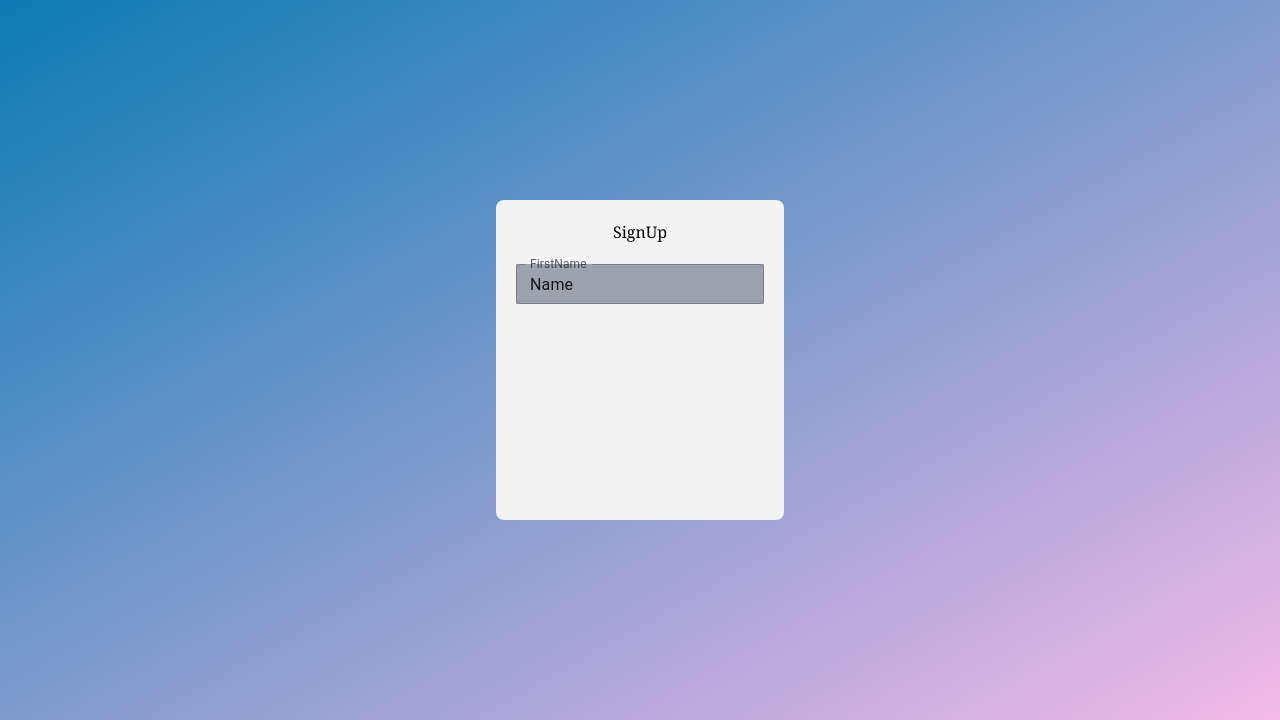
Repository: dhanapal2205/sazsfinance
Page: /SignUp
An editor plug-in stored every save of this project. The page is shown before and after the next save, followed by the edit.
The browser window is 1280 px wide. The pictures show the whole page.
The project was rebuilt for these pictures with package versions that can differ from the ones it lists, and the page was loaded fresh each time. The framework's server and built-in components were replaced by stand-ins that run in the browser. Also part of the build but not shown: next.config.js.

Above is the page before, as saved 2023-04-07 11:55:12.

### pages/SignUp.js
import { TextField } from '@mui/material'
import React from 'react'

const SignUp = () => {
  return (
    <div className=' bg-gradient-to-tl from-[#F2BAE8]  to-[#0C7BB3]  h-screen flex'>

     <div className=' w-72 h-80 bg-zinc-100  rounded-lg m-auto justify-center'>
      <div className='place-items-center flex flex-col space-y-5 mt-5 ' >
        <p className='font-sans md:font-serif ' > SignUp</p>
<TextField className='bg-gray-400 hover:bg-white place-content-center ' label="FirstName"
          id="outlined-size-small"
          defaultValue="Name"
          margin="dense"
          color="info"
          size="small"  />


      </div>

     </div>

      </div>



  )
}

export default SignUp

Loaded but not shown: pages/_app.js (common file); pages/_document.js (common file); styles/globals.css (common file); tailwind.config.js (common file)

After the next save:
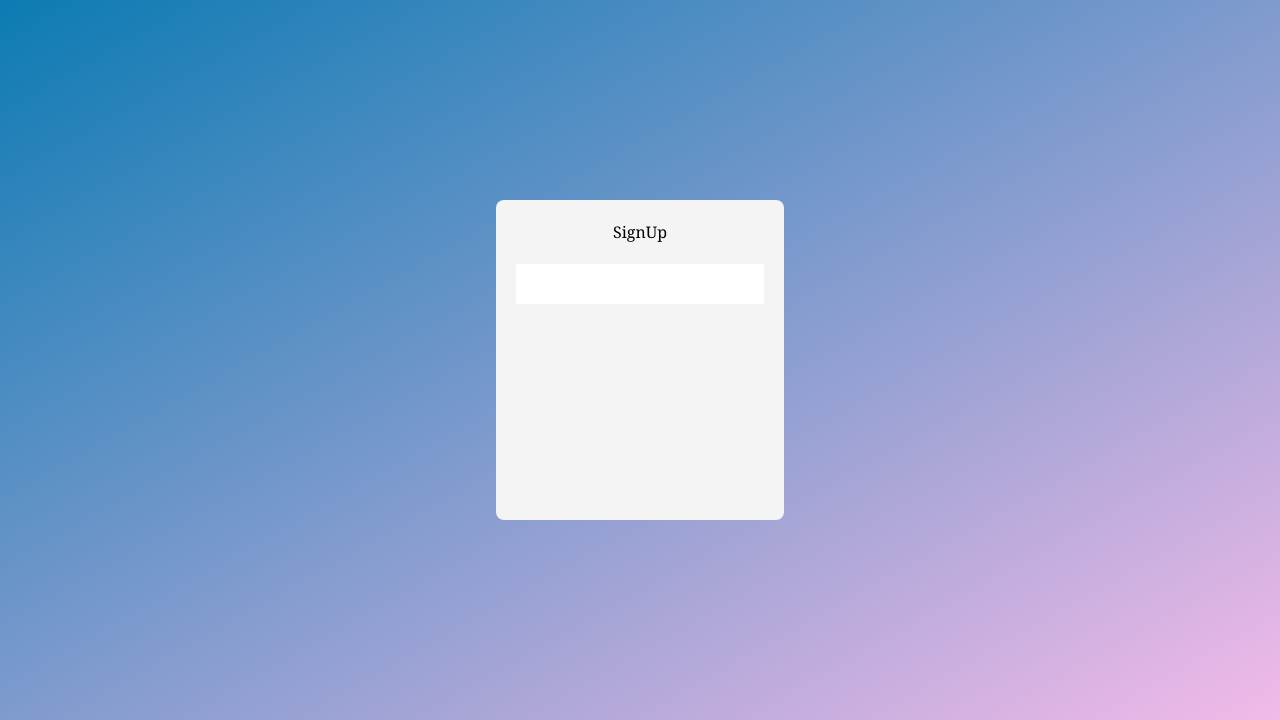
Saved 2 min 34 s later.
--- a/pages/SignUp.js
+++ b/pages/SignUp.js
@@ -8,7 +8,7 @@
      <div className=' w-72 h-80 bg-zinc-100  rounded-lg m-auto justify-center'>
       <div className='place-items-center flex flex-col space-y-5 mt-5 ' >
         <p className='font-sans md:font-serif ' > SignUp</p>
-<TextField className='bg-gray-400 hover:bg-white place-content-center ' label="FirstName"
+<TextField className='bg-gray-400 hover:bg-white place-content-center mix-blend-color-dodge' label="FirstName"
           id="outlined-size-small"
           defaultValue="Name"
           margin="dense"

After the save that followed:
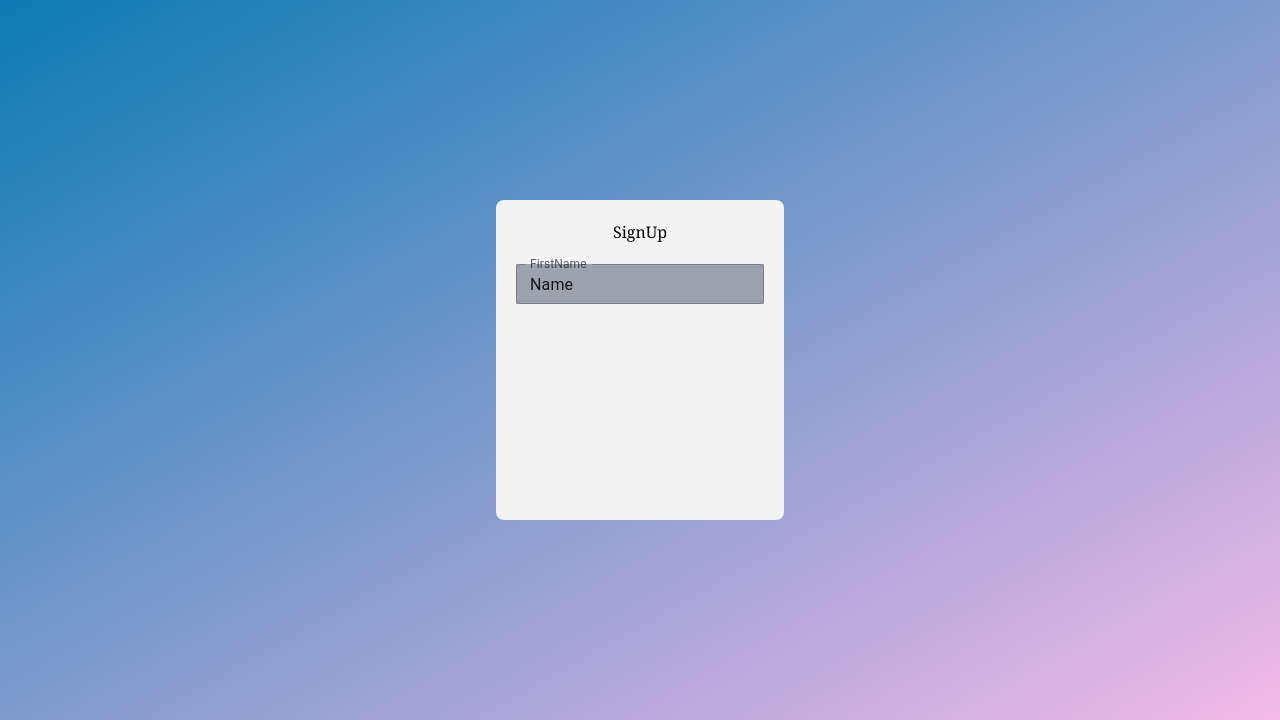
Saved 22 s later.
--- a/pages/SignUp.js
+++ b/pages/SignUp.js
@@ -8,7 +8,7 @@
      <div className=' w-72 h-80 bg-zinc-100  rounded-lg m-auto justify-center'>
       <div className='place-items-center flex flex-col space-y-5 mt-5 ' >
         <p className='font-sans md:font-serif ' > SignUp</p>
-<TextField className='bg-gray-400 hover:bg-white place-content-center mix-blend-color-dodge' label="FirstName"
+<TextField className='bg-gray-400 hover:bg-white place-content-center bg-blend-color' label="FirstName"
           id="outlined-size-small"
           defaultValue="Name"
           margin="dense"
